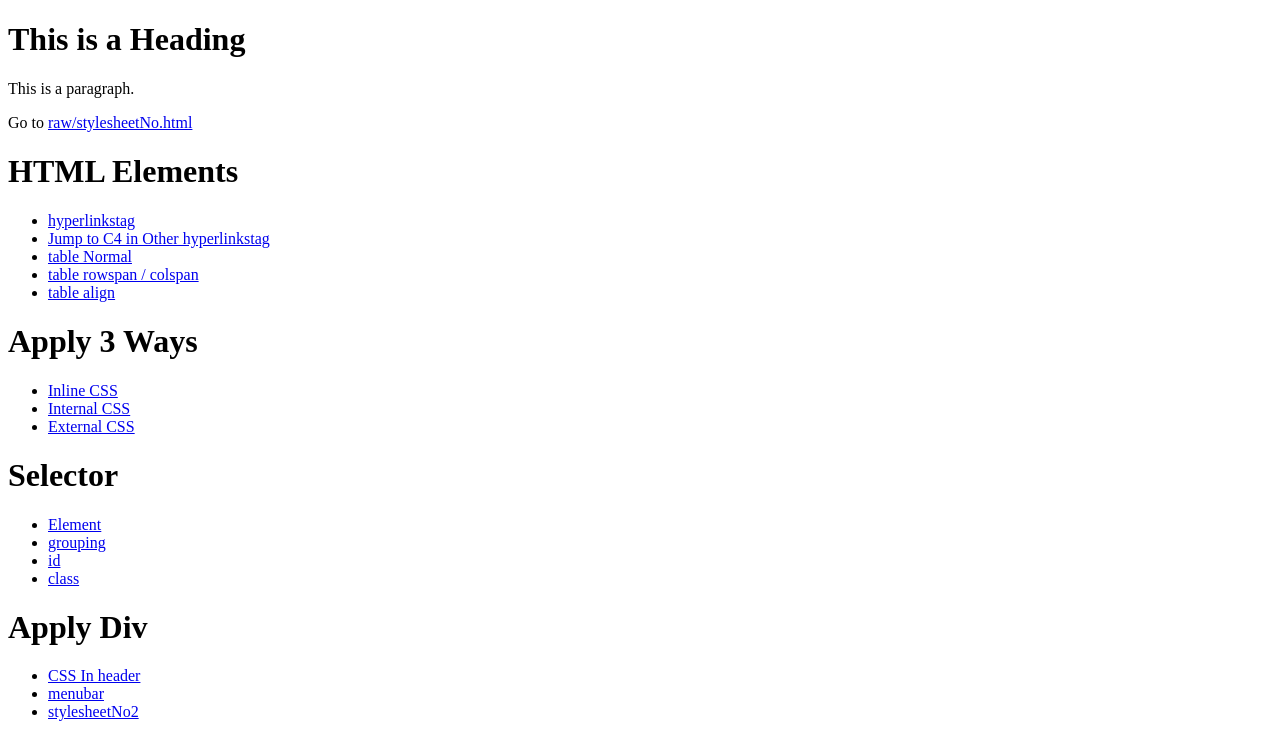
Repository: SanghunOh/learn_publising
Page: HtmlCss/WebContent/index.html
The author's editor kept a copy of each file at every save. The page is drawn from the files as they stood at one save, then again after the next save.
The browser window is 1280 px wide. The pictures show the whole page.

Above is the page before, as saved 2018-05-05 08:17:35.

### HtmlCss/WebContent/index.html
<!DOCTYPE html>
<!-- HTML5 -->
<html>
<head>
<meta charset="UTF-8">
<title>Home</title>
</head>
<body>
	<h1>This is a Heading</h1>
	<p>This is a paragraph.</p>

	<p>Go to <a href="multiple/stylesheetNo.html">raw/stylesheetNo.html</a></p>

	<h1>HTML Elements</h1>
	<ul>
		<li><a href="htmlelements/hyperlinkstag.html">hyperlinkstag</a></li>
		<li><a href="htmlelements/hyperlinkstag.html#C4">Jump to C4 in Other hyperlinkstag</a></li>
		<li><a href="htmlelements/table_normal.html">table Normal</a></li>
		<li><a href="htmlelements/table_rowcolspan.html">table rowspan / colspan</a></li>
		<li><a href="htmlelements/table_align.html">table align</a></li>
	</ul>

	<h1>Apply 3 Ways</h1>
	<ul>
		<li><a href="3waysCSS/inline.html">Inline CSS</a></li>
		<li><a href="3waysCSS/internal.html">Internal CSS</a></li>
		<li><a href="3waysCSS/external.html">External CSS</a></li>
	</ul>

	<h1>Selector</h1>
	<ul>
		<li><a href="selector/element.html">Element</a></li>
		<li><a href="selector/grouping.html">grouping</a></li>
		<li><a href="selector/id.html">id</a></li>
		<li><a href="selector/class.html">class</a></li>
	</ul>

	<h1>Apply Div</h1>
	<ul>
		<li><a href="applyDiv/cssinheader.html">CSS In header</a></li>
		<li><a href="applyDiv/menubar.html">menubar</a></li>
		<li><a href="applyDiv/stylesheetNo2.html">stylesheetNo2</a></li>
	</ul>
</body>
</html>

After the next save:
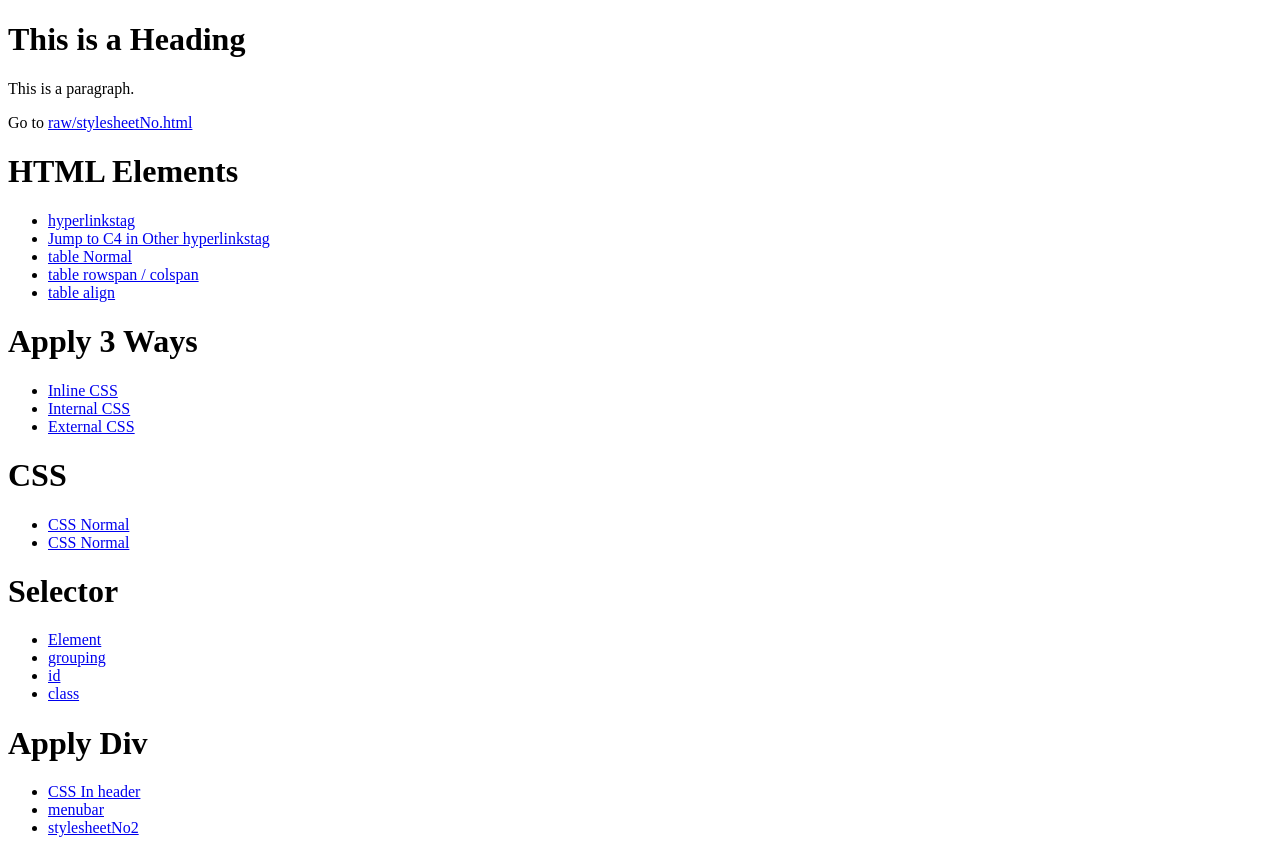
Saved 18 h 25 min later.
--- a/HtmlCss/WebContent/index.html
+++ b/HtmlCss/WebContent/index.html
@@ -27,6 +27,12 @@
 		<li><a href="3waysCSS/external.html">External CSS</a></li>
 	</ul>
 
+	<h1>CSS</h1>
+	<ul>
+		<li><a href="CascadingSS/css_normal.html">CSS Normal</a></li>
+		<li><a href="CascadingSS/css_background.html">CSS Normal</a></li>
+	</ul>
+
 	<h1>Selector</h1>
 	<ul>
 		<li><a href="selector/element.html">Element</a></li>
@@ -41,5 +47,6 @@
 		<li><a href="applyDiv/menubar.html">menubar</a></li>
 		<li><a href="applyDiv/stylesheetNo2.html">stylesheetNo2</a></li>
 	</ul>
+
 </body>
 </html>
